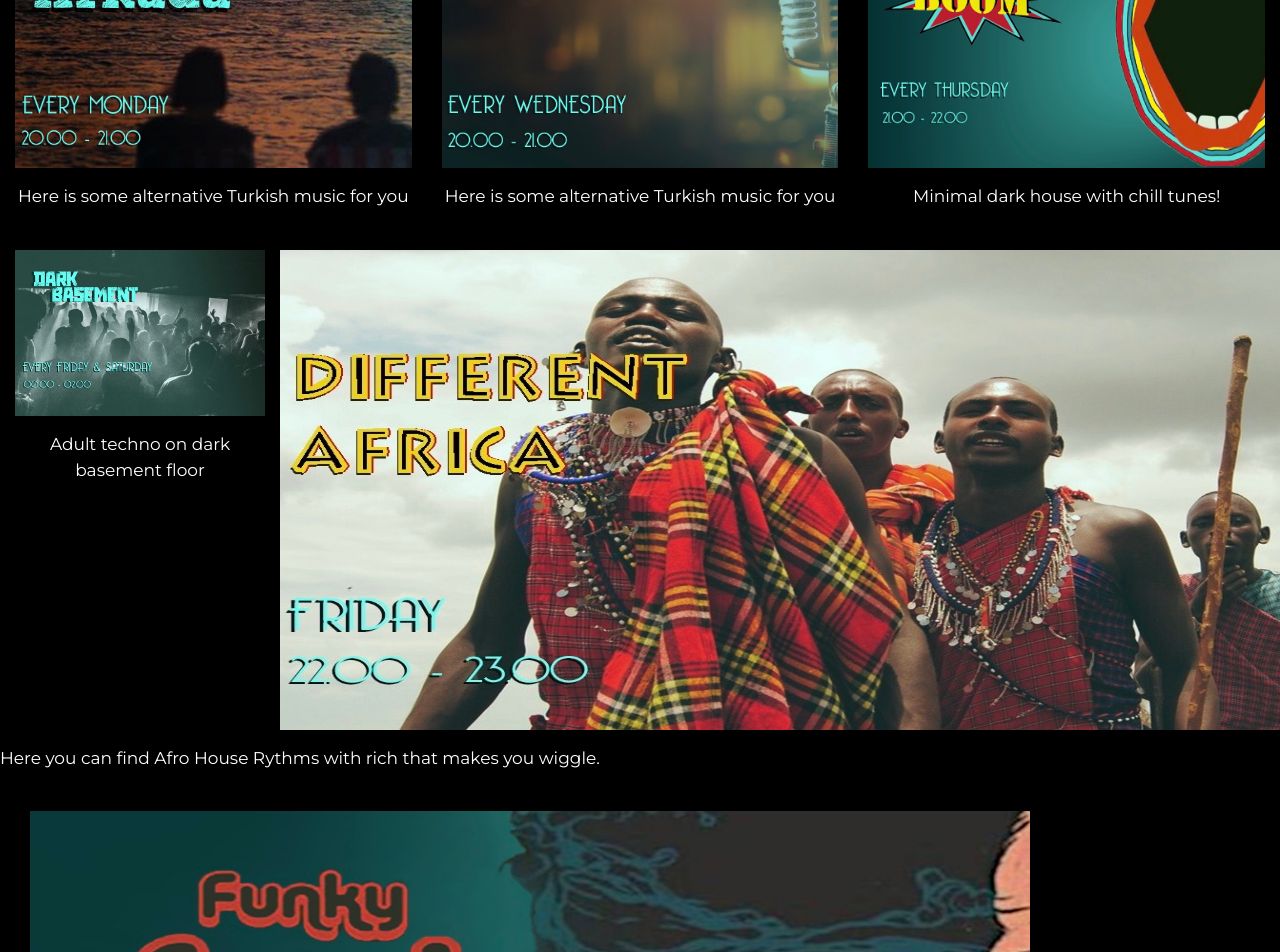
Repository: kaanistemi/Radyo-Denemeleri
Page: program.html
The author's editor kept a record of every edit. The page is drawn from the files as they stood at one moment, then again after the next edit.
The browser window is 1280 px wide. The pictures show the part of the page from y = 368 to 1320 px (the page is 3631 px tall before and 2879 px after).
A picture or video elsewhere on the page could not be fetched, so the positions and the page height are approximate. Some web libraries are served in a nearby version.

Above is the page before.

After the next edit:
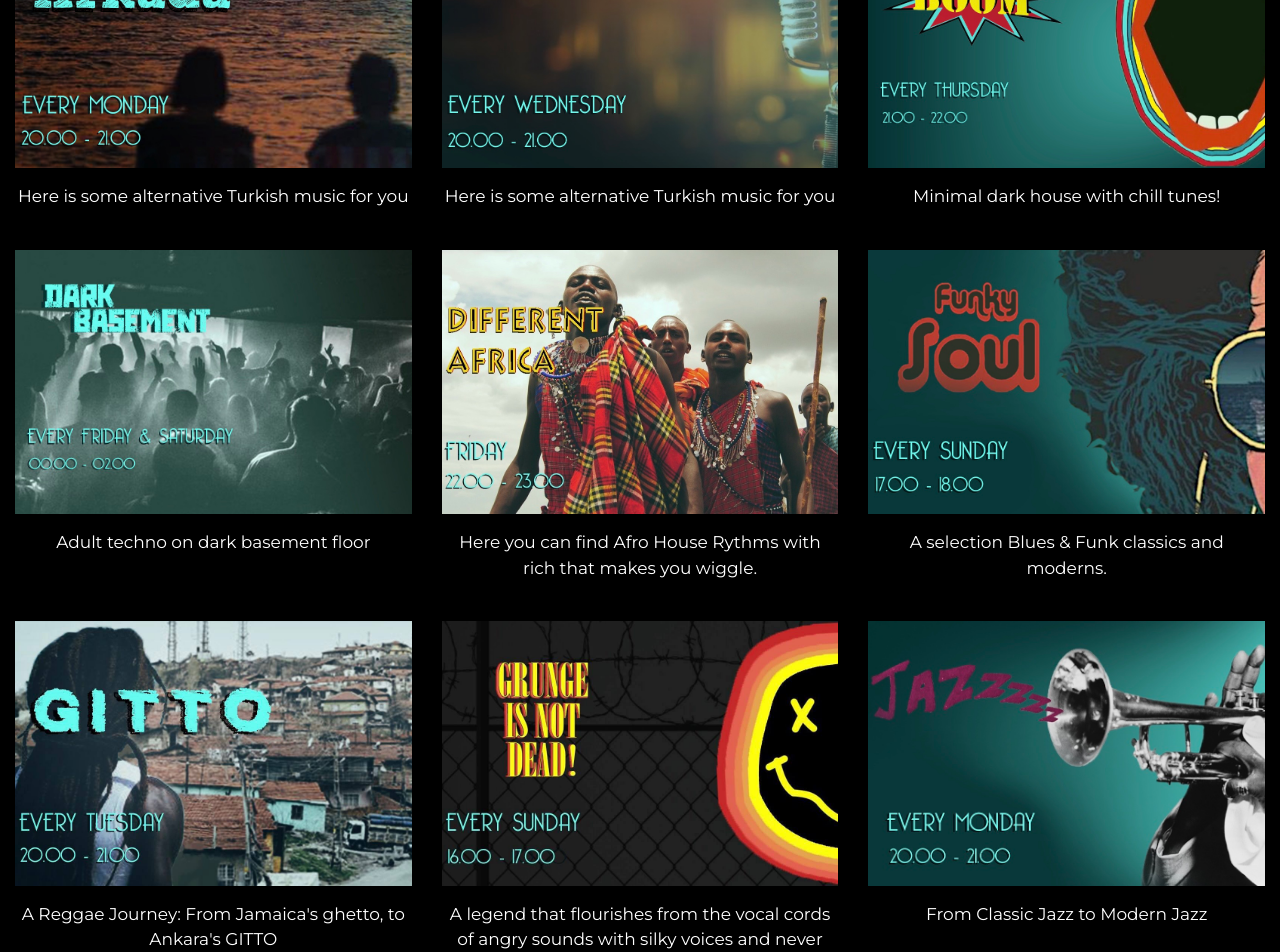
The edit:
--- a/program.html
+++ b/program.html
@@ -121,7 +121,8 @@
                 <center>
                     <p class="all-white mt-3">Adult techno on dark basement floor </p>
                 </center>
-            </div <div class="col-sm">
+            </div>
+            <div class="col-sm">
             <img class="img-responsive program" src=assets/images/different-new-program.JPG alt="africa">
             <center>
                 <p class="all-white mt-3">Here you can find Afro House Rythms with rich that makes you wiggle. </p>
